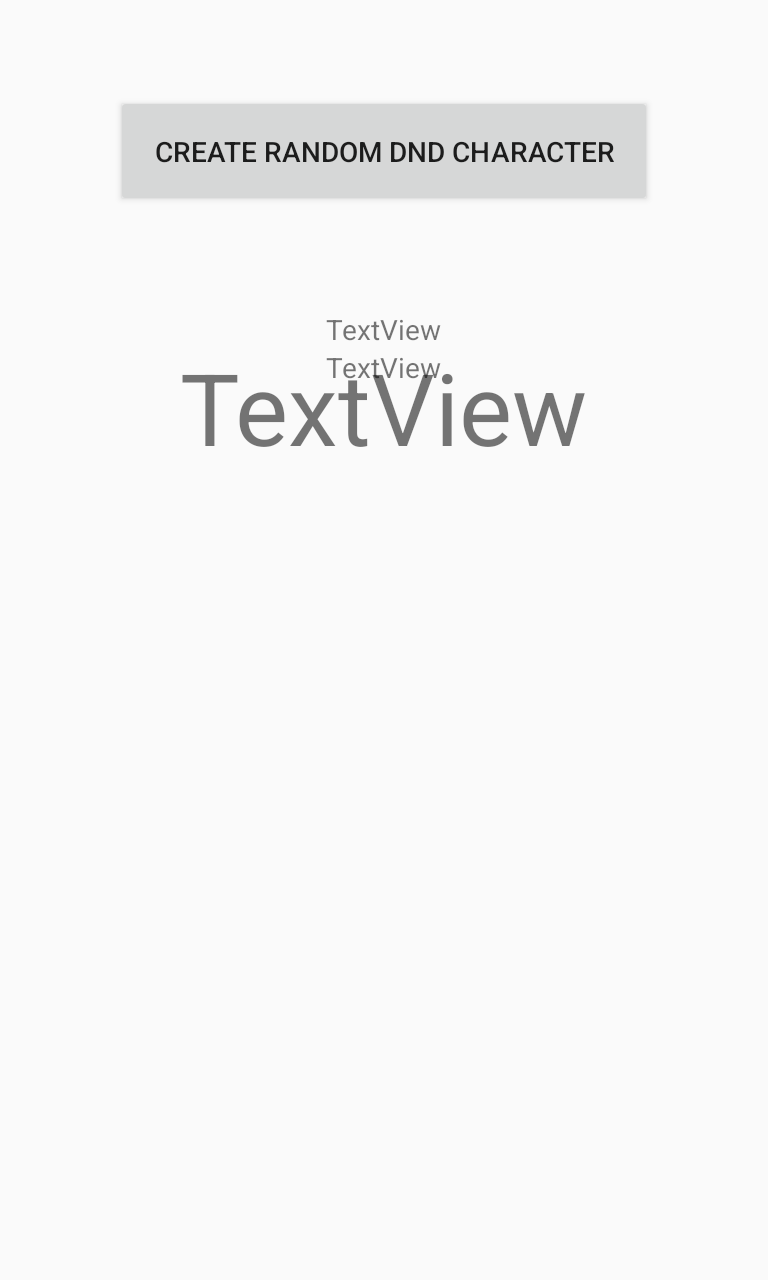
Repository: Vortelf/DnDAndroid
Layout: BuildApp/DnD/res/layout/activity_random_char.xml
An editor plug-in stored every save of this project. The layout is shown before and after the next save, followed by the edit.
It is drawn on a 768 x 1280 px phone screen (xhdpi) without system bars, with theme AppTheme; the app's code is not run.

Above is the layout before, as saved 2014-11-08 17:29:30.

After the next save:
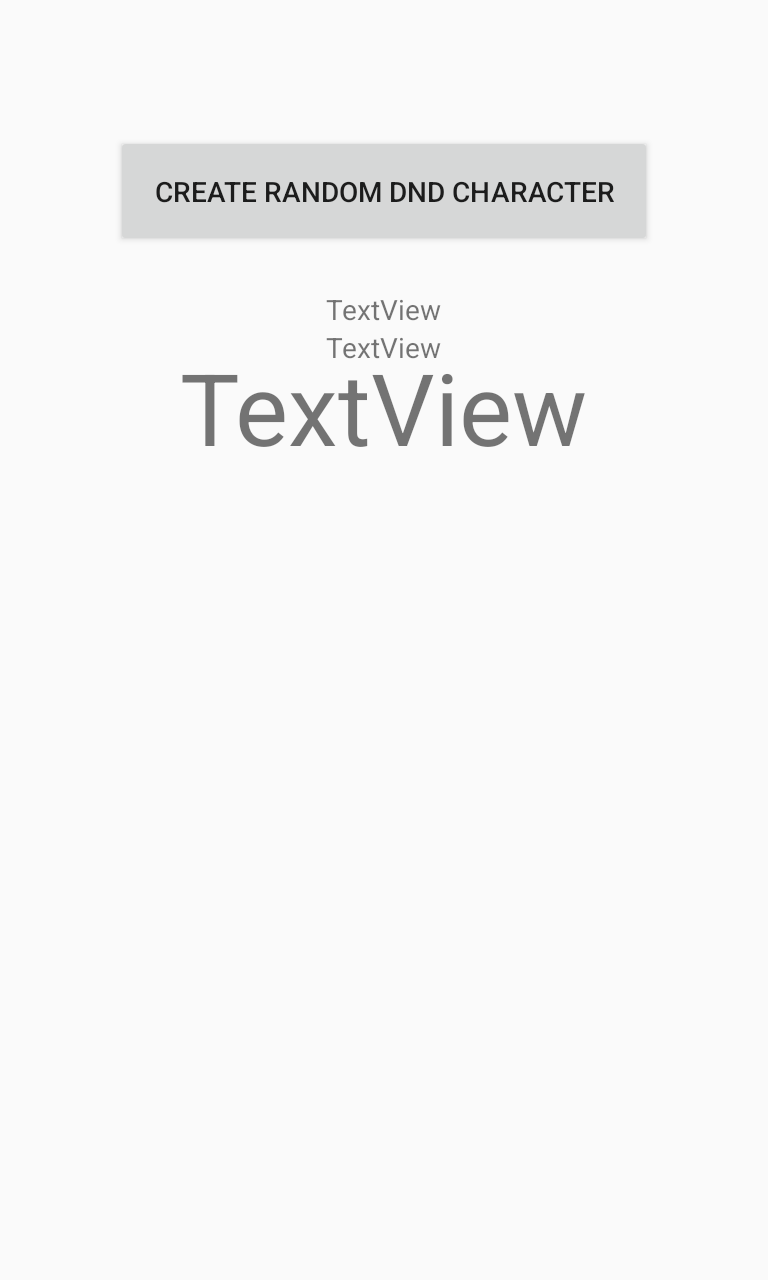
Saved 12 s later.
--- a/BuildApp/DnD/res/layout/activity_random_char.xml
+++ b/BuildApp/DnD/res/layout/activity_random_char.xml
@@ -15,7 +15,7 @@
         android:layout_height="wrap_content"
         android:layout_alignParentTop="true"
         android:layout_centerHorizontal="true"
-        android:layout_marginTop="30dp"
+        android:layout_marginTop="50dp"
         android:gravity="center_horizontal"
         android:padding="20dp"
         android:text="@string/random_button" />
@@ -24,7 +24,7 @@
         android:id="@+id/CharName"
         android:layout_width="wrap_content"
         android:layout_height="wrap_content"
-        android:layout_marginTop="50dp"
+        android:layout_marginTop="20dp"
         android:layout_below="@+id/RandomButton"
         android:layout_centerHorizontal="true"
         android:text="TextView" />
